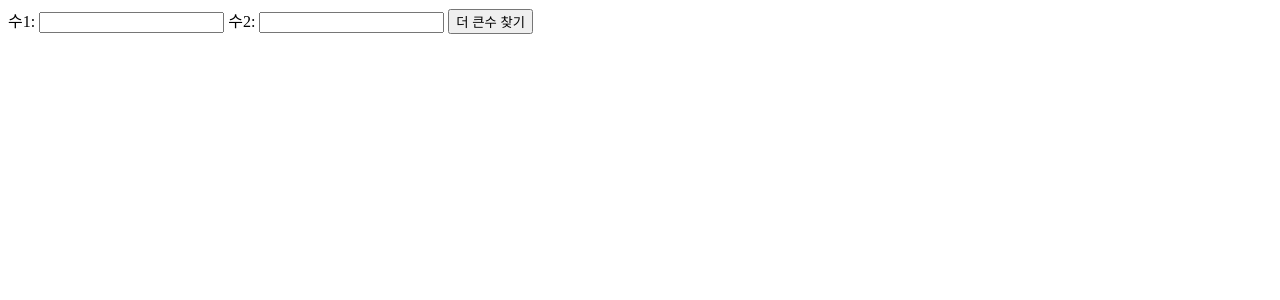
Repository: Jin0207/javaScript
Page: day0103/src/main/webapp/maxTest.html
An editor plug-in stored every save of this project. The page is shown before and after the next save, followed by the edit.
The browser window is 1280 px wide. The pictures show the whole page.

Above is the page before, as saved 2022-01-03 00:34:00.

### day0103/src/main/webapp/maxTest.html
<!DOCTYPE html>
<html>
<head>
<meta charset="UTF-8">
<title>Insert title here</title>
<script type="text/javascript">
	function findMax() {
		const num1 = document.getElementById("num1").value;
		const num2 = document.getElementById("num2").value;
		let result = "";

		if(num1 > num2){
			result = num1;
		}else {
			result = num2;
		}

		alert(result);
	}
</script>
</head>
<body>
	수1: <input type="number" id="num1">
	수2: <input type="number" id="num2">
	<button type="button" onclick="findMax()">더 큰수 찾기</button>

</body>
</html>

After the next save:
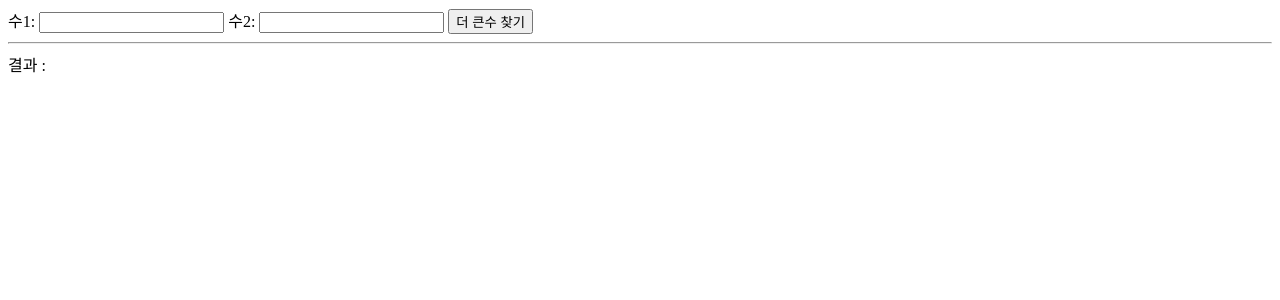
Saved 89 s later.
--- a/day0103/src/main/webapp/maxTest.html
+++ b/day0103/src/main/webapp/maxTest.html
@@ -23,6 +23,7 @@
 	수1: <input type="number" id="num1">
 	수2: <input type="number" id="num2">
 	<button type="button" onclick="findMax()">더 큰수 찾기</button>
-
+	<hr>
+	결과 : <span id="result"></span>
 </body>
 </html>
